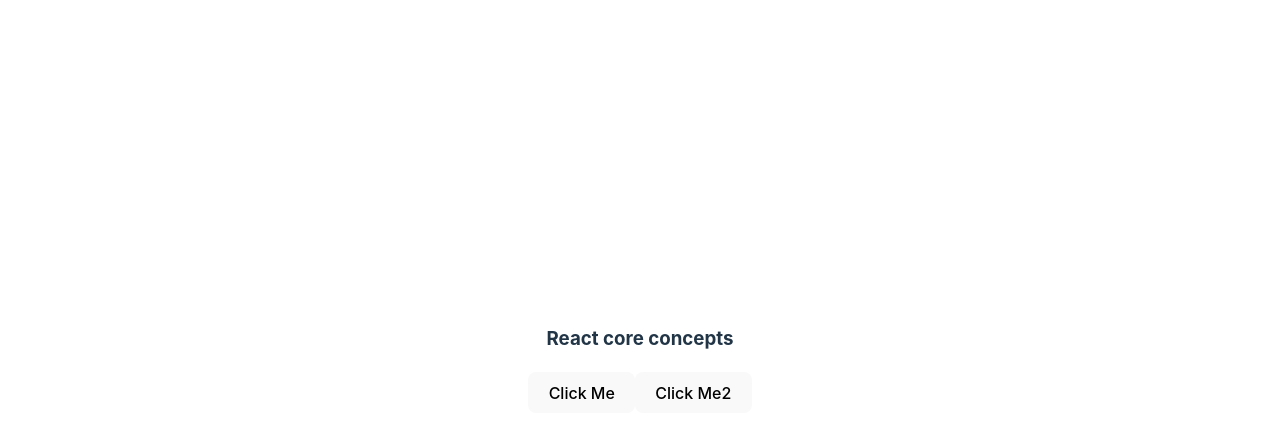
Repository: sumonkumarsarkar/my-project3-react
Page: /
An editor plug-in stored every save of this project. The page is shown before and after a run of saves, followed by the edit.
The browser window is 1280 px wide. The pictures show the whole page.
The project was rebuilt for these pictures with package versions that can differ from the ones it lists, and the page was loaded fresh each time. Also part of the build but not shown: vite.config.js.

Above is the page before, as saved 2024-03-10 19:33:40.

After the next 2 saves:
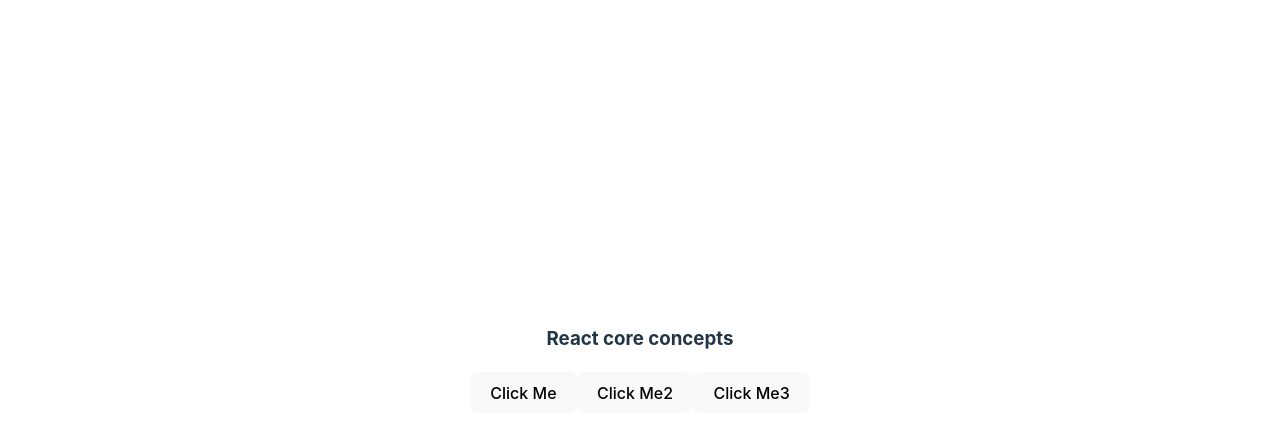
The 2 saves are shown as one change because 1 did not build or start.
The last was saved 77 s later.
--- a/src/App.jsx
+++ b/src/App.jsx
@@ -15,6 +15,9 @@ const handleClick2=()=>{
       <h3>React core concepts</h3>
       <button onClick={handleClick}>Click Me</button>
       <button onClick={handleClick2}>Click Me2</button>
+      <button onClick={()=>{
+        alert('button3 clicked')
+      }}>Click Me3</button>
 
 
     </>
